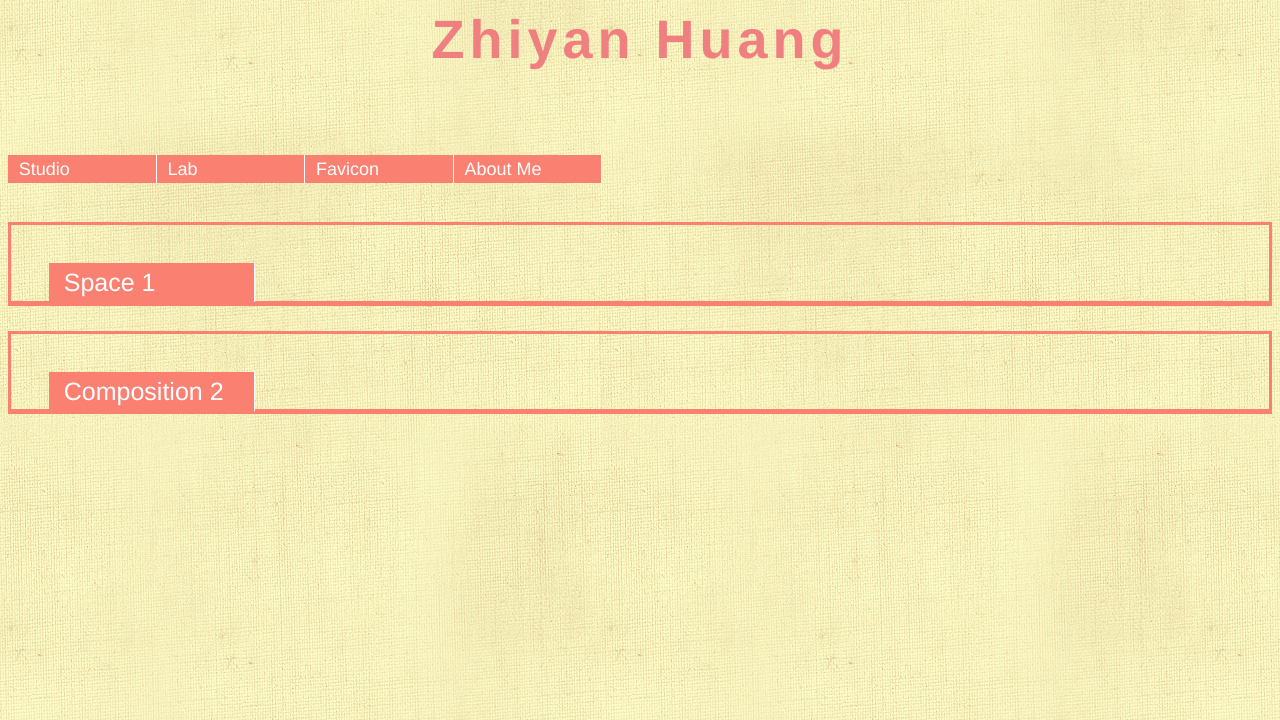
Repository: huanz488/huanz488-github.io
Page: studio.html
The author's editor kept a record of every edit. The page is drawn from the files as they stood at one moment, then again after the next edit.
The browser window is 1280 px wide. The pictures show the whole page.

Above is the page before.

After the next edit:
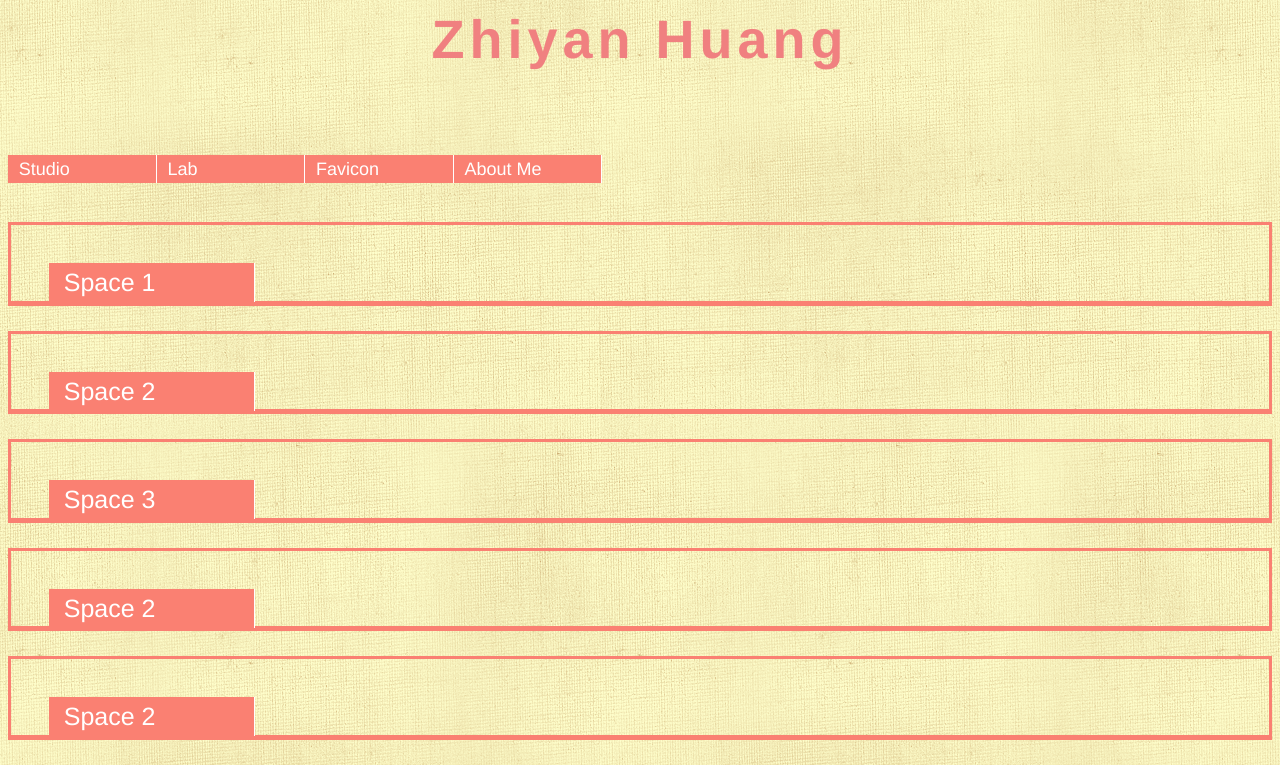
The edit:
--- a/studio.html
+++ b/studio.html
@@ -64,6 +64,14 @@
 <body>
 <br><br><p class="solid"><a href="composition/composition.html">Space 1</a> </p>
 
-<p class="solid2"><a href="composition/compositionrevised.html">Composition 2</a></p>
+<p class="solid2"><a href="composition/compositionrevised.html">Space 2</a></p>
+
+<p class="solid2"><a href="composition/compositionrevised.html">Space 3</a></p>
+
+<p class="solid2"><a href="composition/compositionrevised.html">Space 2</a></p>
+
+<p class="solid2"><a href="composition/compositionrevised.html">Space 2</a></p>
+
+
 
 </body>
